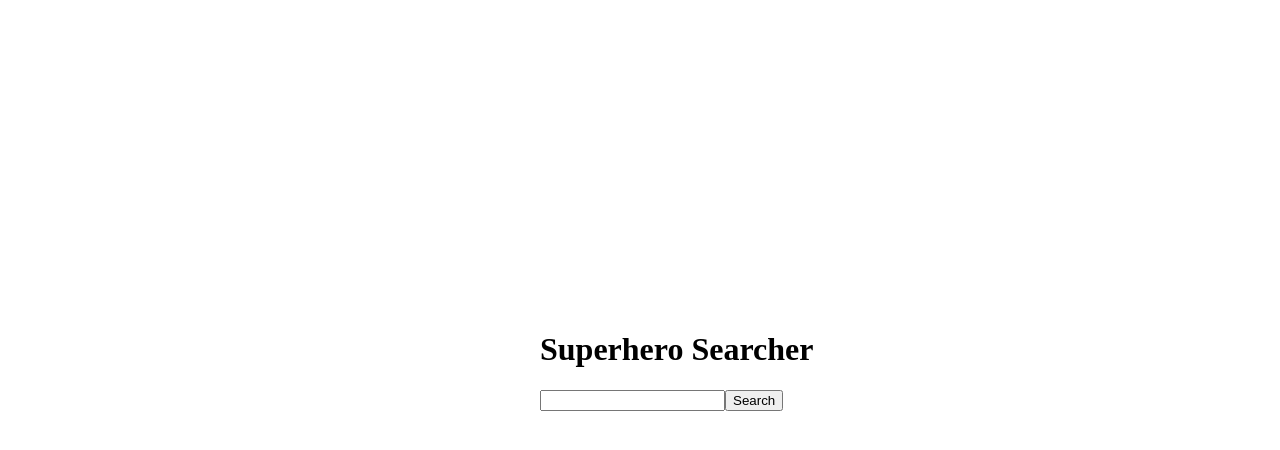
Repository: savi1623/SuperheroSearcher
Page: / (app in my-app/)
An editor plug-in stored every save of this project. The page is shown before and after the next save, followed by the edit.
The browser window is 1280 px wide. The pictures show the whole page.
The project was rebuilt for these pictures with package versions that can differ from the ones it lists, and the page was loaded fresh each time. Also part of the build but not shown: my-app/src/SuperImage/SuperImage.scss, my-app/src/SuperImage/SuperImage.js, my-app/src/Stats/Stats.scss, my-app/src/Stats/Stats.js, my-app/src/Biography/Biography.scss, my-app/src/Biography/Biography.js, my-app/src/Apperance/Apperance.scss, my-app/src/Apperance/Apperance.js and 8 more.

Above is the page before, as saved 2020-02-28 10:29:17.

### my-app/src/index.js
import React from 'react';
import ReactDOM from 'react-dom';
import App from './App/App.js';

ReactDOM.render(<App />, document.getElementById('root'));

// If you want your app to work offline and load faster, you can change
// unregister() to register() below. Note this comes with some pitfalls.
// Learn more about service workers: https://bit.ly/CRA-PWA

### my-app/src/App/App.js
import React from 'react';
import SuperSearch from '../SuperSearch/SuperSearch.js';
import ReactModal from 'react-modal';
import './App.scss';

class App extends React.Component {
  constructor(props) {
    super(props);
    this.state = {
      modalIsOpen: false,
      hero: 'batman',
    };
    this.onChange = this.onChange.bind(this);
    this.openModal = this.openModal.bind(this);
    this.closeModal = this.closeModal.bind(this);
  }

  onChange(e) {
    this.setState({ hero: e.target.value });
  }

  openModal() {
    this.setState({
      modalIsOpen: true
    })
  }

  closeModal() {
    this.setState({
      modalIsOpen: false
    })
  }


  render() {
    const { modalIsOpen } = this.state;
    return (
      <div className='App'>
        <h1 className='logo'>Superhero Searcher</h1>
        <input type='text' onChange={this.onChange} />
        <button onClick={this.openModal}>Search</button>
        <ReactModal
          isOpen={modalIsOpen}
          onAfterOpen={this.afterOpenModal}
          onRequestClose={this.closeModal}
          className="statModal"
          overlayClassName="statOverlay"
          contentLabel="Stat Modal">
          <button onClick={this.closeModal}>Back</button>
          <SuperSearch superShow={this.state.superShow} hero={this.state.hero} />
        </ReactModal>
      </div>
    );
  }
}

export default App;

### my-app/src/App/App.scss
.App{
  position: fixed;
  top: 50%;
  left: 50%;
  margin-top: -50px;
  margin-left: -100px;
}

Loaded but not shown: my-app/public/index.html (common file)

After the next save:
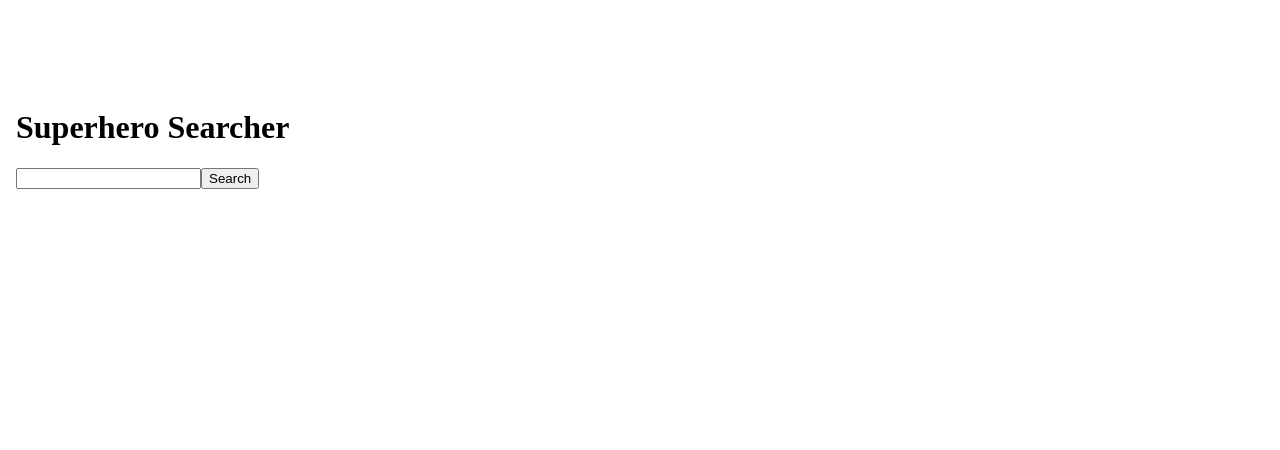
Saved 11 s later.
--- a/my-app/src/App/App.scss
+++ b/my-app/src/App/App.scss
@@ -1,7 +1,4 @@
 .App{
-  position: fixed;
-  top: 50%;
-  left: 50%;
-  margin-top: -50px;
-  margin-left: -100px;
+  padding: 5em 0.5em;
+  margin: 0 auto;
 }
